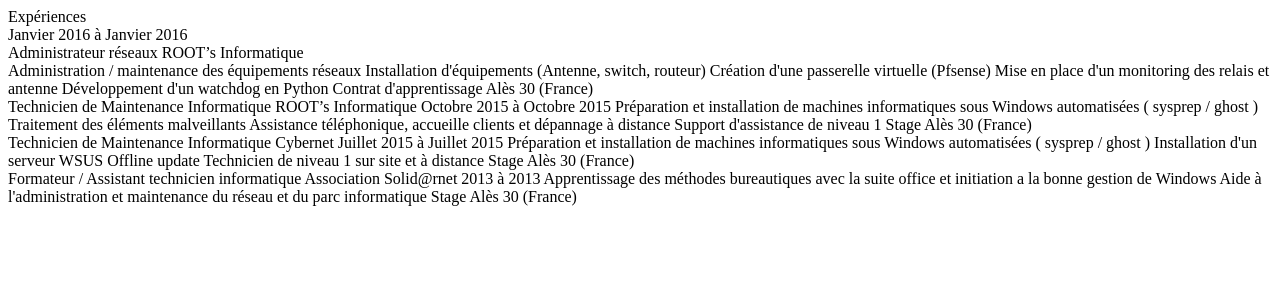
Repository: Nosra/openclassrooms_tuto
Page: tuto_htmlcss/MonCV/test.html
These files come from the project's save history. The page is drawn as it stood at one moment and after the next save; the edit follows.
The browser window is 1280 px wide. The pictures show the whole page.

Above is the page before, as saved 2016-07-21 17:42:56.

After the next save:
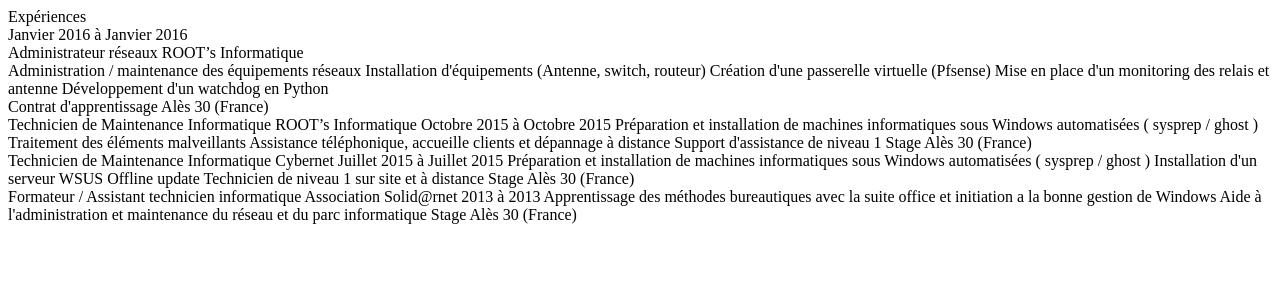
Saved 45 s later.
--- a/tuto_htmlcss/MonCV/test.html
+++ b/tuto_htmlcss/MonCV/test.html
@@ -16,7 +16,9 @@
 		Création d'une passerelle virtuelle (Pfsense)
 		Mise en place d'un monitoring des relais et antenne
 		Développement d'un watchdog en Python
+		<footer>
 		Contrat d'apprentissage Alès 30 (France)
+		</footer>
 		</article>
 	</section>
 	<section>
